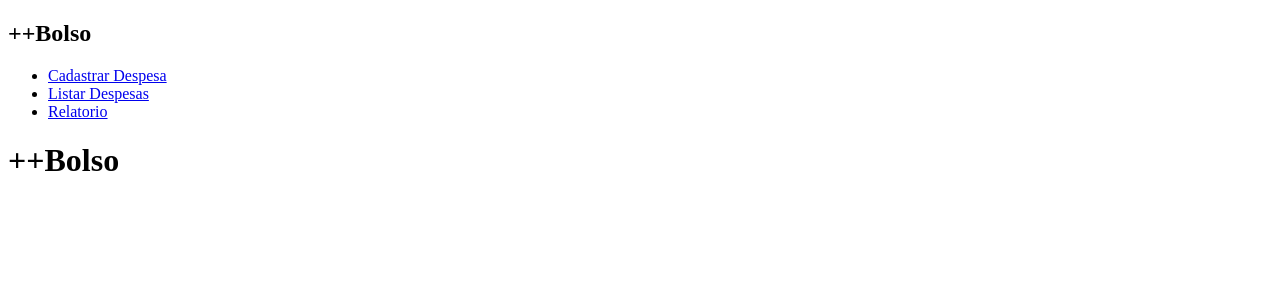
Repository: alexsanderkafka/java-servlets
Page: http://localhost/SaveMoney/listarDespesas.jsp
These files come from the project's save history. The page is drawn as it stood at one moment and after the next save; the edit follows.
The browser window is 1280 px wide. The pictures show the whole page.
The page is served by Tomcat 9. Nobody is signed in. The application's start-up code is not run. Other server files are loaded and not shown.

Above is the page before, as saved 2024-10-07 17:50:29.

### SaveMoney/src/main/webapp/listarDespesas.jsp
<%@ page language="java" contentType="text/html; charset=UTF-8"
    pageEncoding="UTF-8"%>
<!DOCTYPE html>
<html>
<head>
<meta charset="UTF-8">
<title>Insert title here</title>
</head>
<body>
	<header>
        <nav>
          <div class="logo">
          	<h1>++Bolso</h1>
          </div>
          <ul class="nav-list">
            <li><a href="###">Cadastrar Despesa</a></li>
            <li><a href="###">Listar Despesas</a></li>
            <li><a href="###">Relatorio</a></li>
          </ul>
        </nav>
    </header>

    <div class="container-list">
        <h1>++Bolso</h1>
    </div>
</body>
</html>

### SaveMoney/src/main/webapp/styles/style.css
@import url('https://fonts.googleapis.com/css2?family=Roboto:ital,wght@0,100;0,300;0,400;0,500;0,700;0,900;1,100;1,300;1,400;1,500;1,700;1,900&display=swap');

html, body, div, span, applet, object, iframe,
h1, h2, h3, h4, h5, h6, p, blockquote, pre,
a, abbr, acronym, address, big, cite, code,
del, dfn, em, img, ins, kbd, q, s, samp,
small, strike, strong, sub, sup, tt, var,
b, u, i, center,
dl, dt, dd, ol, ul, li,
fieldset, form, label, legend,
table, caption, tbody, tfoot, thead, tr, th, td,
article, aside, canvas, details, embed,
figure, figcaption, footer, header, hgroup,
menu, nav, output, ruby, section, summary,
time, mark, audio, video {
    margin: 0;
    padding: 0;
    border: 0;
    font-size: 100%;
    font: inherit;
    vertical-align: baseline;
}

html, body {
    height: 100%;
    margin: 0;
    padding: 0;
}


header{
    background-color: white;
    /* position: sticky;*/
    z-index: 999;
    top: -10px;
    box-shadow: 0 -6px 10px 5px rgba(0,0,0,0.6);
}

.logo h1{
    font-size: 40px;
    font-style: italic;
    font-weight: bold;
    color: #FFF;
    -webkit-text-stroke: 2px #000;
}

nav{
    display: flex;
    justify-content: space-around;
    align-items: center;
    font-family: system-ui, -apple-system, Helvetica, Arial, sans-serif;
    height: 8vh;
}

.nav-list{
    list-style: none;
    display: flex;
}

.nav-list li {
    letter-spacing: 3px;
    margin-left: 32px;
}

.nav-list li a{
    text-decoration: none;
    color: #F4A942;
    font-weight: bold;

}

.nav-list li a:hover{
	color: #f7b64e;
}


/*CSS INDEX*/
.container-initial {
    width: 100%;
    height: 100%;
    display: flex;
    flex-direction: column;
    justify-content: center;
    align-items: center;
}

.container-initial h1{
    font-size: 64px;
    font-family: "Roboto", system-ui;
    font-weight: 600;
    text-decoration: underline;
    text-decoration-color: #F4A942;
    margin-bottom: 25px;
}

.box-menu {
    width: 300px;
    height: 300px;
    background: white;
    border: 1px solid #F4A942;
    border-radius: 5px;
    display: flex;
    flex-direction: column;
    justify-content: center;
    box-shadow: 2px 2px 2px 2px rgba(0, 0, 0, 0.2);
}


.primary-buttons{
	margin: 10px;
	padding: 10px;
	border: 1px solid #F4A942;
	background: #F4A942;
	border-radius: 5px;
	color: white;
	font-weight: 400;
	font-family: "Roboto", system-ui;
	font-size: 18px;
	transition: background-color 0.5s ease;
}

.primary-buttons:hover{
	background-color: #f7b64e;
}

/*CSS PAGINA CADASTRO DE DESPESA*/
.container-initial {
    font-family: 'Roboto', sans-serif;
}

.box-register {
    width: 40%;
    height: 60%;
    background: white;
    border: 1px solid #F4A942;
    border-radius: 5px;
    padding: 20px;

    display: flex;
    flex-direction: column;
    box-shadow: 2px 2px 2px 2px rgba(0, 0, 0, 0.2);
}

.container-initial label {
    display: block;
    margin-bottom: 8px;
    font-weight: bold;
    font-size: 14px;
    color: #000;
}

.container-initial input,
.container-initial textarea {
    width: 100%;
    padding: 10px;
    margin-bottom: 15px;
    border: 1px solid #F4A942;
    border-radius: 4px;
    box-sizing: border-box;
    font-family: 'Roboto', sans-serif;
    font-size: 16px;
}

.container-initial textarea {
    resize: none;
}

.box-register .primary-buttons{
	margin-top: 50px;
}

/*CSS PAGINA LISTA DE DESPESAS*/
#teste{
	margin-top: 90px;
}

After the next save:
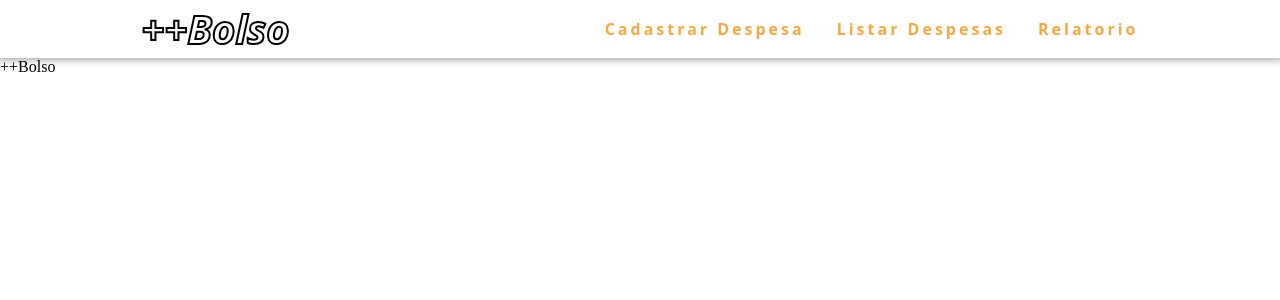
Saved 21 s later.
--- a/SaveMoney/src/main/webapp/listarDespesas.jsp
+++ b/SaveMoney/src/main/webapp/listarDespesas.jsp
@@ -3,8 +3,9 @@
 <!DOCTYPE html>
 <html>
 <head>
-<meta charset="UTF-8">
-<title>Insert title here</title>
+	<meta charset="UTF-8">
+	<title>Insert title here</title>
+	<link rel="stylesheet" href="styles/style.css">
 </head>
 <body>
 	<header>

After the save that followed:
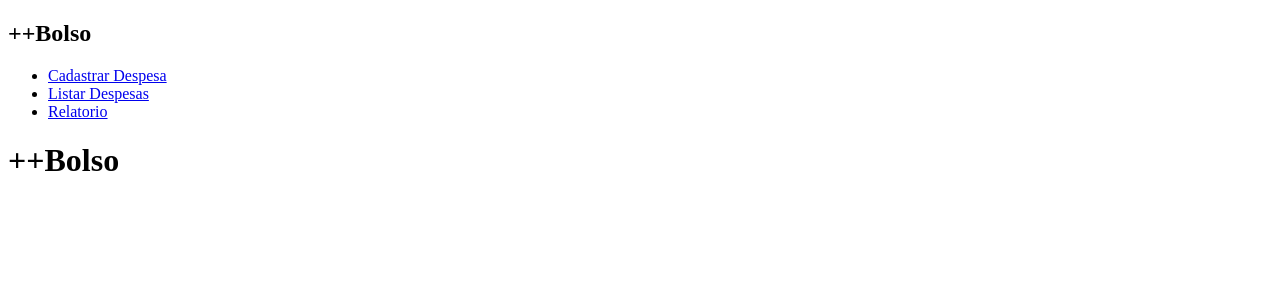
Saved 36 s later.
--- a/SaveMoney/src/main/webapp/listarDespesas.jsp
+++ b/SaveMoney/src/main/webapp/listarDespesas.jsp
@@ -5,7 +5,6 @@
 <head>
 	<meta charset="UTF-8">
 	<title>Insert title here</title>
-	<link rel="stylesheet" href="styles/style.css">
 </head>
 <body>
 	<header>
